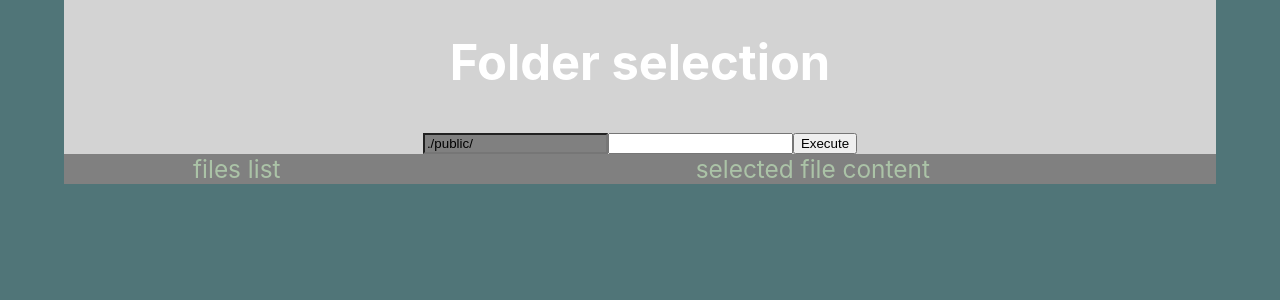
Repository: idubi/DevopsCourse
Page: / (app in lesson03/assignment/client/)
An editor plug-in stored every save of this project. The page is shown before and after the next save, followed by the edit.
The browser window is 1280 px wide. The pictures show the whole page.
The project was rebuilt for these pictures with package versions that can differ from the ones it lists, and the page was loaded fresh each time.

Above is the page before, as saved 2023-06-15 03:34:31.

### lesson03/assignment/client/src/App.js
import "./App.css";
import "./components/FilesBrowser";
import FileBrowser from "./components/FilesBrowser";
import styled from "styled-components";

function App() {
  return (
    <Container className="App">
      <header className="App-header">
        <FileBrowser></FileBrowser>
      </header>
    </Container>
  );
}

const Container = styled.div`
  display: flex;
  flex-direction: column;
  height: 100%;
  width: 100%;
`;

export default App;

### lesson03/assignment/client/src/App.css
.App {
  text-align: center;
}

.App-logo {
  height: 40vmin;
  pointer-events: none;
}

@media (prefers-reduced-motion: no-preference) {
  .App-logo {
    animation: App-logo-spin infinite 20s linear;
  }
}

.App-header {
  background-color: #507578;
  min-height: 100vh;
  display: flex;
  flex-direction: column;
  align-items: center;

  font-size: calc(10px + 2vmin);
  color: white;
}

.App-link {
  color: #61dafb;
}

### lesson03/assignment/client/src/components/FilesBrowser.js
import React, { useState } from "react";
import styled from "styled-components";
function FileBrowser() {
  const [path, setPath] = useState("");
  // const [response, setResponse] = useState("");

  const handlePathChange = (event) => {
    setPath(event.target.value);
  };

  const handleExecute = () => {
    //   fetch(path)
    //     .then((response) => response.json())
    //     .then((data) => setResponse(JSON.stringify(data)))
    //     .catch((error) => console.error("Error:", error));
  };

  return (
    <Container>
      <Upper>
        <h1>Folder selection</h1>
        <Label type="text" value="./public/" />
        <input type="text" value={path} onChange={handlePathChange} />
        <button onClick={handleExecute}>Execute</button>
      </Upper>
      <Lower>
        <LeftLowerDiv>files list</LeftLowerDiv>
        <RightLowerDiv>selected file content</RightLowerDiv>
      </Lower>
    </Container>
  );
}

const Container = styled.div`
  display: flex;
  flex-direction: column;
  height: 90%;
  width: 90%;
`;

const Upper = styled.div`
  height: 30%;
  background-color: lightgrey;
`;

const Lower = styled.div`
  display: flex;
  flex-direction: row;
  height: 100%;
  color: #abc3a7;
`;

const LeftLowerDiv = styled.div`
  width: 30%;
  height: 100%;
  background-color: gray;
`;
const RightLowerDiv = styled.div`
  width: 70%;
  height: 100%;
  background-color: gray;
`;
const Label = styled.input`
  size: 12pc;
  background: gray;
`;
export default FileBrowser;

Loaded but not shown: lesson03/assignment/client/public/index.html (common file); lesson03/assignment/client/src/index.js (common file); lesson03/assignment/client/src/index.css (common file); lesson03/assignment/client/src/reportWebVitals.js (common file)

After the next save:
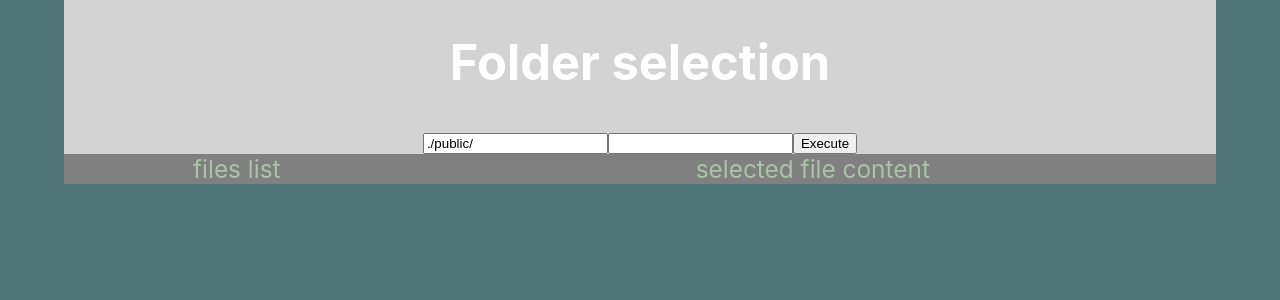
Saved 7 s later.
--- a/lesson03/assignment/client/src/components/FilesBrowser.js
+++ b/lesson03/assignment/client/src/components/FilesBrowser.js
@@ -62,6 +62,6 @@ const RightLowerDiv = styled.div`
 `;
 const Label = styled.input`
   size: 12pc;
-  background: gray;
+  background: light-gray;
 `;
 export default FileBrowser;
